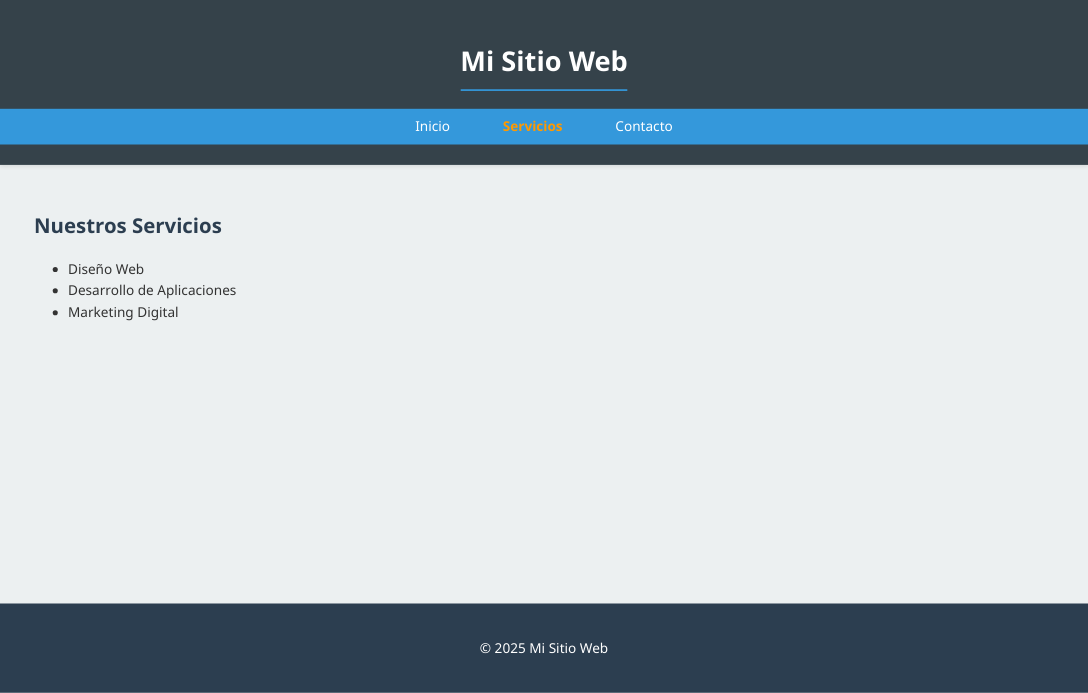
Repository: Sevanjo/Pagina_web
Page: HTML/servicios.html
These files come from the project's save history. The page is drawn as it stood at one moment and after the next save; the edit follows.
The browser window is 1280 px wide. The pictures show the whole page, at 85% of full size.

Above is the page before, as saved 2025-05-04 18:13:07.
Console error: TypeError: Cannot read properties of null (reading 'addEventListener')

After the next save:
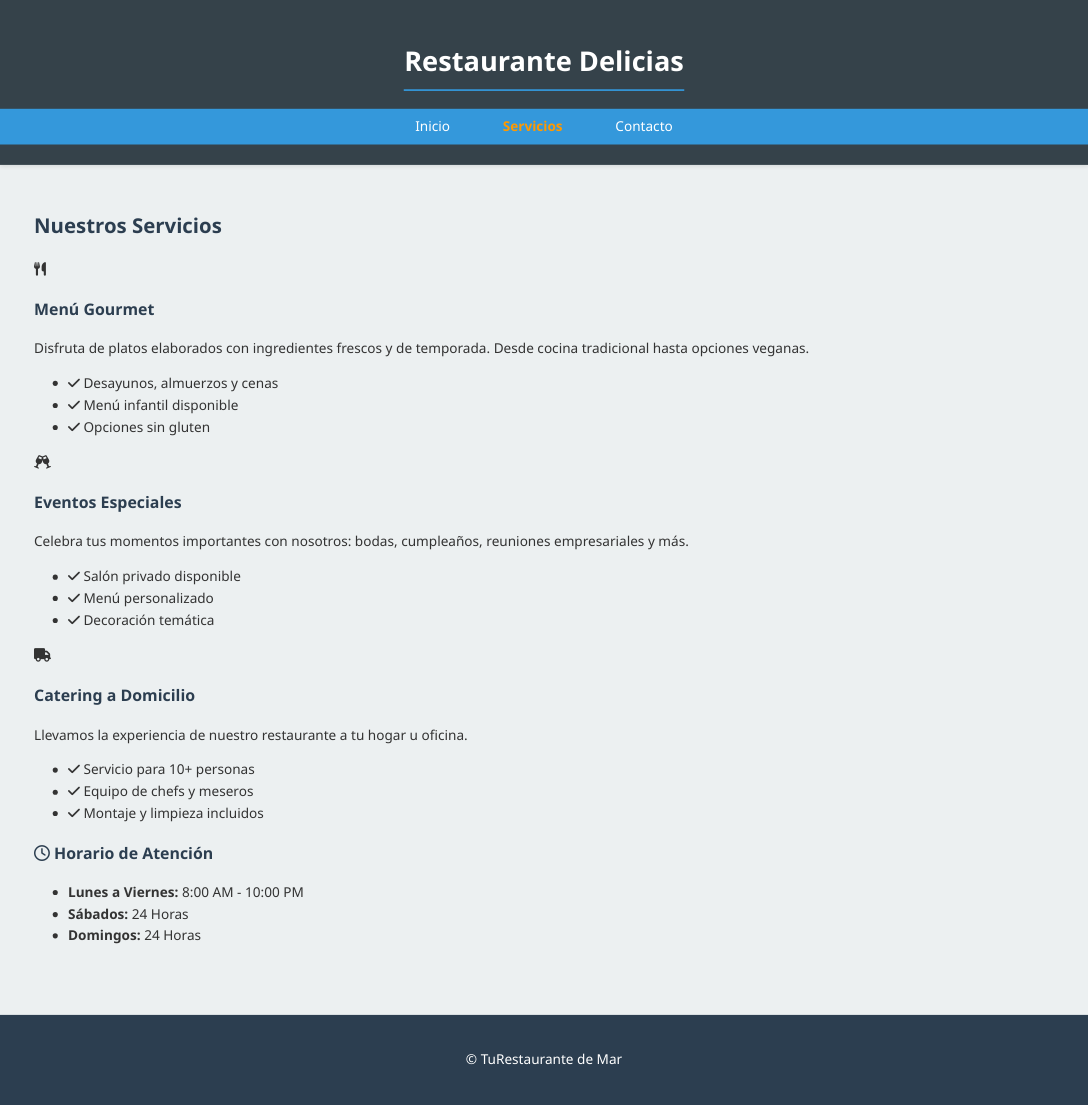
Saved 10 min 58 s later.
--- a/HTML/servicios.html
+++ b/HTML/servicios.html
@@ -3,12 +3,13 @@
 <head>
     <meta charset="UTF-8">
     <meta name="viewport" content="width=device-width, initial-scale=1.0">
-    <title>Mi Sitio Web - Servicios</title>
+    <title>Nuestros Servicios - Restaurante Delicias</title>
     <link rel="stylesheet" href="../CSS/styles.css">
+    <link rel="stylesheet" href="https://cdnjs.cloudflare.com/ajax/libs/font-awesome/6.0.0/css/all.min.css">
 </head>
 <body>
     <header>
-        <h1>Mi Sitio Web</h1>
+        <h1>Restaurante Delicias</h1>
         <nav>
             <ul>
                 <li><a href="index.html">Inicio</a></li>
@@ -19,20 +20,67 @@
     </header>
 
     <main>
-        <section>
+        <section class="services-section">
             <h2>Nuestros Servicios</h2>
-            <ul>
-                <li>Diseño Web</li>
-                <li>Desarrollo de Aplicaciones</li>
-                <li>Marketing Digital</li>
-            </ul>
+
+            <!-- Servicio 1: Comida -->
+            <div class="service-card">
+                <div class="service-icon">
+                    <i class="fas fa-utensils"></i>
+                </div>
+                <h3>Menú Gourmet</h3>
+                <p>Disfruta de platos elaborados con ingredientes frescos y de temporada. Desde cocina tradicional hasta opciones veganas.</p>
+                <ul class="service-features">
+                    <li><i class="fas fa-check"></i> Desayunos, almuerzos y cenas</li>
+                    <li><i class="fas fa-check"></i> Menú infantil disponible</li>
+                    <li><i class="fas fa-check"></i> Opciones sin gluten</li>
+                </ul>
+            </div>
+
+            <!-- Servicio 2: Eventos -->
+            <div class="service-card">
+                <div class="service-icon">
+                    <i class="fas fa-glass-cheers"></i>
+                </div>
+                <h3>Eventos Especiales</h3>
+                <p>Celebra tus momentos importantes con nosotros: bodas, cumpleaños, reuniones empresariales y más.</p>
+                <ul class="service-features">
+                    <li><i class="fas fa-check"></i> Salón privado disponible</li>
+                    <li><i class="fas fa-check"></i> Menú personalizado</li>
+                    <li><i class="fas fa-check"></i> Decoración temática</li>
+                </ul>
+            </div>
+
+            <!-- Servicio 3: Catering -->
+            <div class="service-card">
+                <div class="service-icon">
+                    <i class="fas fa-truck"></i>
+                </div>
+                <h3>Catering a Domicilio</h3>
+                <p>Llevamos la experiencia de nuestro restaurante a tu hogar u oficina.</p>
+                <ul class="service-features">
+                    <li><i class="fas fa-check"></i> Servicio para 10+ personas</li>
+                    <li><i class="fas fa-check"></i> Equipo de chefs y meseros</li>
+                    <li><i class="fas fa-check"></i> Montaje y limpieza incluidos</li>
+                </ul>
+            </div>
+
+            <!-- Horario -->
+            <div class="schedule-card">
+                <h3><i class="far fa-clock"></i> Horario de Atención</h3>
+                <ul>
+                    <li><strong>Lunes a Viernes:</strong> 8:00 AM - 10:00 PM</li>
+                    <li><strong>Sábados:</strong> 24 Horas</li>
+                    <li><strong>Domingos:</strong> 24 Horas</li>
+                </ul>
+            </div>
         </section>
     </main>
 
     <footer>
-        <p>&copy; 2025 Mi Sitio Web</p>
+        <p>&copy;  TuRestaurante de Mar</p>
     </footer>
 
-    <script src="js/script.js"></script>
+    <script src="../js/script.js"></script>
 </body>
 </html>
